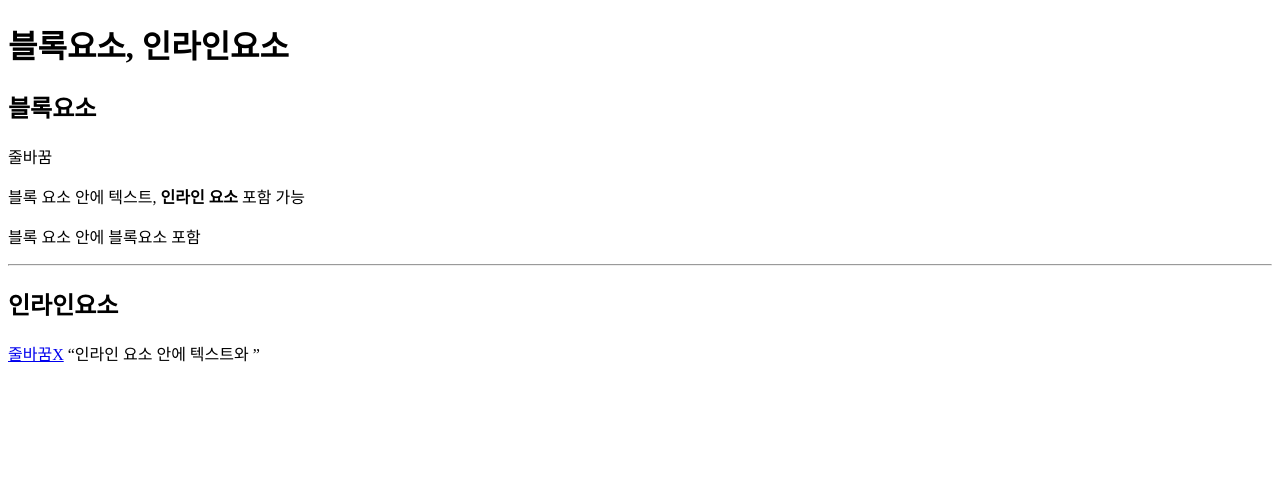
Repository: RUCKUSJERRY/PracticeOfUI
Page: UI01_HTML/WebContent/html01-block-inline.html
An editor plug-in stored every save of this project. The page is shown before and after the next save, followed by the edit.
The browser window is 1280 px wide. The pictures show the whole page.

Above is the page before, as saved 2021-01-14 03:24:33.

After the next save:
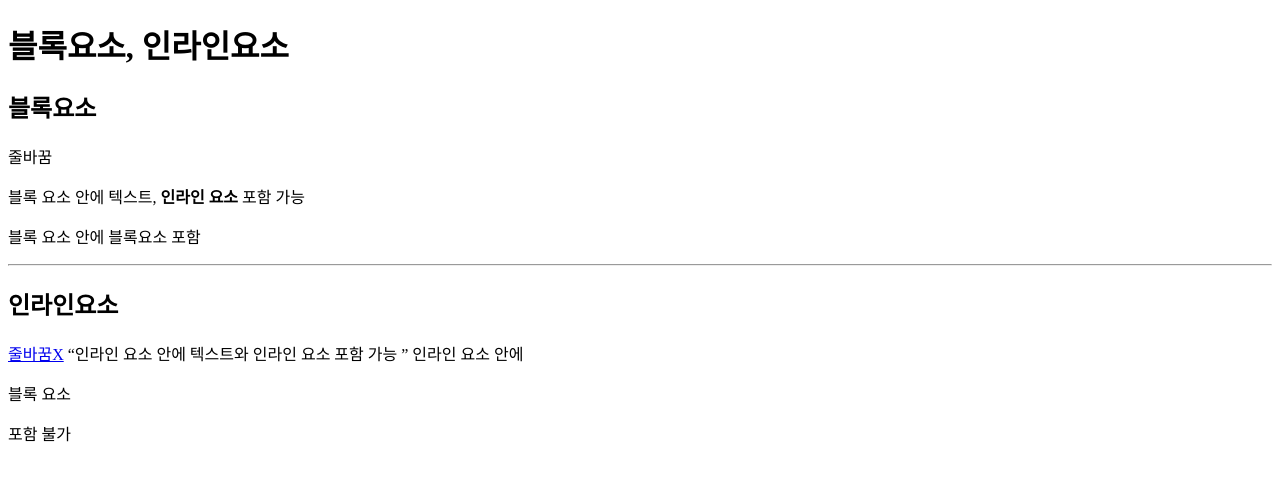
Saved 44 s later.
--- a/UI01_HTML/WebContent/html01-block-inline.html
+++ b/UI01_HTML/WebContent/html01-block-inline.html
@@ -19,6 +19,9 @@
 
 	<h2>인라인요소</h2>
 	<a href="http://www.naver.com">줄바꿈X</a>
-	<q>인라인 요소 안에 텍스트와 <a></a></q>
+	<q>인라인 요소 안에 텍스트와 <a>인라인 요소</a> 포함 가능 </q>
+	<span>인라인 요소 안에 <p>블록 요소</p>포함 불가</span>
+
+
 </body>
 </html>
